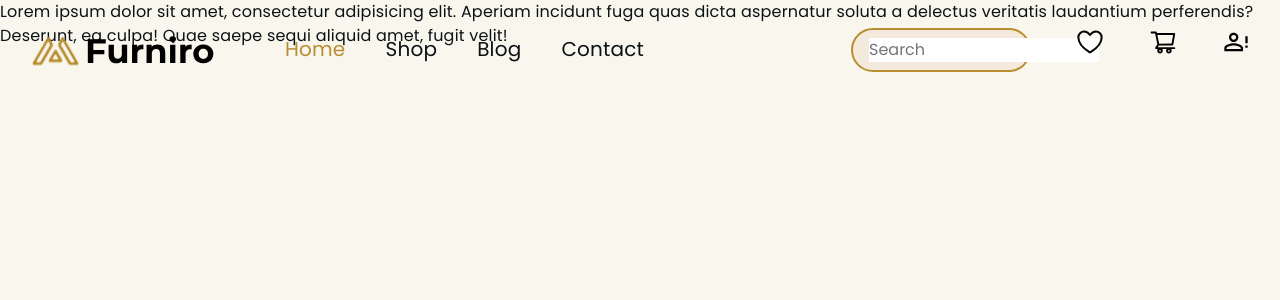
Repository: binhphanbp/furniro-interior_website
Page: index.html
The author's editor kept a copy of each file at every save. The page is drawn from the files as they stood at one save, then again after the next save.
The browser window is 1280 px wide. The pictures show the whole page.

Above is the page before, as saved 2025-02-19 23:58:26.

### index.html
<!DOCTYPE html>
<html lang="en">
  <head>
    <meta charset="UTF-8" />
    <meta name="viewport" content="width=device-width, initial-scale=1.0" />
    <title>Furniro</title>

    <!-- Favicon -->
    <link rel="shortcut icon" href="./icons/favicon.ico" type="image/x-icon" />
    <link rel="icon" href="./icons/favicon.ico" type="image/x-icon" />

    <!-- Link CSS -->
    <link rel="stylesheet" href="./src/assets/styles/main.css" />
  </head>
  <body class="homepage">
    <!-- PROGRESS BAR -->
    <div class="progress-container">
      <div class="progress-bar"></div>
    </div>

    <!-- HEADER -->

    <header class="header">
      <div class="container">
        <nav class="header__menu">
          <a class="header__logo" href="#">
            <img src="./icons/furniro-logo-type.svg" alt="logo-furniro" />
          </a>
          <ul class="header__menu-list">
            <li>
              <a href="#" class="--active">home</a>
            </li>
            <li>
              <a href="./src/pages/shop.html">shop</a>
            </li>
            <li>
              <a href="./src/pages/blog.html">blog</a>
            </li>
            <li>
              <a href="./src/pages/contact.html">contact</a>
            </li>
          </ul>
        </nav>
        <ul class="header__icons">
          <li class="header__icons-searchbar">
            <label for="search-input">
              <img src="./icons/icon-search.svg" alt="icon-search" />
            </label>
            <input type="text" id="search-input" placeholder="Search" />
          </li>
          <li class="header__icons-item">
            <a href="#">
              <img src="./icons/icon-heart.svg" alt="icon-heart" />
            </a>
          </li>
          <li class="header__icons-item">
            <a href="./src/pages/cart.html">
              <img src="./icons/icon-cart.svg" alt="icon-cart"
            /></a>
          </li>
          <li class="header__icons-item">
            <a href="#">
              <img src="./icons/icon-account-alert.svg" alt="icon-account" />
            </a>
          </li>
        </ul>
      </div>
    </header>

    <!-- MAIN -->
    <main class="main">
      <p>
        Lorem ipsum dolor sit amet, consectetur adipisicing elit. Aperiam
        incidunt fuga quas dicta aspernatur soluta a delectus veritatis
        laudantium perferendis? Deserunt, ea culpa! Quae saepe sequi aliquid
        amet, fugit velit!
      </p>
      <!-- Section Hero -->
      <section class="schero">
        <div class="container"></div>
      </section>

      <!-- Section Menu -->
      <section class="scmenu">
        <div class="container"></div>
      </section>

      <!-- Section Services -->
      <section class="scservices">
        <div class="container"></div>
      </section>

      <!-- Section Delivery -->
      <section class="scdelivery">
        <div class="container"></div>
      </section>

      <!-- Section Our Customers -->
      <section class="sccustomers">
        <div class="container"></div>
      </section>

      <!-- Section Our Blog -->
      <section class="scblog">
        <div class="container"></div>
      </section>
    </main>

    <!-- FOOTER -->
    <footer class="footer">
      <div class="container"></div>
    </footer>

    <!-- JavaScript -->
    <script type="module" src="./src/scripts/main.js"></script>
  </body>
</html>

### src/assets/styles/main.css
/* Reset CSS */
@import './base/reset.css';

/* Font */
@import './base/variables.css';
@import './base/fonts.css';

/* Layouts (General Structure) */
@import './base/layouts.css';

/* Components */
@import './components/header.css';
@import './components/footer.css';
@import './components/components.css';

/* Pages */
@import './pages/home.css';
@import './pages/shop.css';
@import './pages/shop-details.css';
@import './pages/cart.css';
@import './pages/checkout.css';
@import './pages/product-comparison.css';
@import './pages/blog.css';
@import './pages/contact.css';

### src/assets/styles/base/reset.css
* {
  margin: 0;
  padding: 0;
  border: 0;
  font-size: 100%;
  font: inherit;
  vertical-align: baseline;
  box-sizing: border-box;
}
body {
  line-height: 1;
}
ol,
ul {
  list-style: none;
}
blockquote,
q {
  quotes: none;
}
blockquote:before,
blockquote:after,
q:before,
q:after {
  content: '';
  content: none;
}
table {
  border-collapse: collapse;
  border-spacing: 0;
}
img,
object,
embed {
  max-width: 100%;
}

a {
  text-decoration: none;
  outline: 0;
}
strong {
  font-family: db;
}
sub {
  vertical-align: sub;
  font-size: smaller;
}
sup {
  vertical-align: super;
  font-size: smaller;
}

### src/assets/styles/base/variables.css
:root {
  /* Page Setting Variables */
  --max-width-page: 2560px;
  --max-width-container-fluid: 1920px;
  --max-width-container: calc(1236px + calc(var(--gap) * 2));

  --gap: 30px;
  --pd-left-right: 20px;

  /* Color Variables */
  --primary-cl: #b88e2f;
  --primary-cl-hover: #d3ac51;
  --secondary-cl: #fff3e3;
  --tertiary-cl: #f3e9dc;

  --white-page-cl: #f9f6ee;
  --black-cl: #0b1215;

  --gray-dark-cl: #898989;
  --gray-light-cl: #9f9f9f;
  --product-hover: #3a3a3a;

  --red-cl: #e97171;
  --green-cl: #2ec1ac;
  --purple-cl: #816dfa;

  /* Font-size, Line-height, Letter-spacing Variables: */
  --fs-h1: 5.6rem;
  --lh-h1: 6.5rem;
  --ls-h1: 2px;

  --fs-h2: 4rem;
  --lh-h2: 4.8rem;
  --ls-h2: 0.25px;

  --fs-h3: 2.4rem;
  --lh-h3: 2.8rem;
  --ls-h3: 0.1px;

  --fs-text-button: 1.6rem;
  --lh-text-button: 2.4rem;
  --ls-text-button: 0.2px;

  --fs-body: 1.6rem;
  --lh-body: 2.4rem;
  --ls-body: 0.2px;

  /* Fonts: */
  --font-body: ppr;
  --font-body-light: ppl;
  --font-body-medium: ppm;
  --font-body-semibold: ppsb;
  --font-body-bold: ppb;

  /* General Variables */
  --height-header: 100px;
  --height-footer: 505px;
  --height-button: 48px;
  --height-button-medium: 64px;
  --height-button-large: 74px;
  --pd-section: 60px;

  /* Timing Transition Variables: */
  --duration: 0.4s;
  --cubic: cubic-bezier(0.59, 0.29, 0.15, 0.93);
}

### src/assets/styles/base/fonts.css
@font-face {
  font-family: 'ppl';
  src: url('../../fonts/Poppins-Light.woff2') format('woff2'),
    url('../../fonts/Poppins-Light.woff') format('woff');
  font-weight: 300;
  font-style: normal;
  font-display: swap;
}

@font-face {
  font-family: 'ppr';
  src: url('../../fonts/Poppins-Regular.woff2') format('woff2'),
    url('../../fonts/Poppins-Regular.woff') format('woff');
  font-weight: normal;
  font-style: normal;
  font-display: swap;
}

@font-face {
  font-family: 'ppm';
  src: url('../../fonts/Poppins-Medium.woff2') format('woff2'),
    url('../../fonts/Poppins-Medium.woff') format('woff');
  font-weight: 500;
  font-style: normal;
  font-display: swap;
}

@font-face {
  font-family: 'ppsb';
  src: url('../../fonts/Poppins-SemiBold.woff2') format('woff2'),
    url('../../fonts/Poppins-SemiBold.woff') format('woff');
  font-weight: 600;
  font-style: normal;
  font-display: swap;
}

@font-face {
  font-family: 'ppb';
  src: url('../../fonts/Poppins-Bold.woff2') format('woff2'),
    url('../../fonts/Poppins-Bold.woff') format('woff');
  font-weight: bold;
  font-style: normal;
  font-display: swap;
}

### src/assets/styles/base/layouts.css
html {
  font-size: 62.5%;

  scroll-behavior: smooth;

  /* CUSTOM SCROLLBAR */
  /* width */
  ::-webkit-scrollbar {
    width: 10px;
  }
  /* Track */
  ::-webkit-scrollbar-track {
    background: var(--gray-light-cl);
  }
  /* Handle */
  ::-webkit-scrollbar-thumb {
    background: var(--primary-cl);
    border-radius: 40px;
  }
  /* Handle on hover */
  ::-webkit-scrollbar-thumb:hover {
    background: var(--gray-dark-cl);
  }

  /* Custom background-color text selection */
  ::-moz-selection {
    color: var(--white-page-cl);
    background: var(--primary-cl);
  }
  ::selection {
    color: var(--white-page-cl);
    background: var(--primary-cl);
  }
}

body {
  background-color: var(--white-page-cl);
  width: 100%;
  max-width: var(--max-width-page);
  margin: auto;

  color: var(--black-cl);
  font-family: var(--font-body);
  font-size: var(--fs-body);
  line-height: var(--lh-body);
  letter-spacing: var(--ls-body);
}

.container-fluid {
  width: 100%;
  max-width: var(--max-width-container-fluid);
  padding-right: var(--gap);
  padding-left: var(--gap);
  margin-right: auto;
  margin-left: auto;
  position: relative;
}

.container {
  width: 100%;
  max-width: var(--max-width-container);
  padding-right: var(--gap);
  padding-left: var(--gap);
  margin-right: auto;
  margin-left: auto;
  position: relative;
}

.main {
  position: relative;
}

section .ptb {
  padding: var(--pd-section) 0;
}
section .pt {
  padding: var(--pd-section);
}
section .pb {
  padding: var(--pd-section);
}

### src/assets/styles/components/header.css
.header {
  position: absolute;
  top: 0;
  z-index: 3;
  width: 100%;
  max-width: var(--max-width-page);
  height: var(--height-header);
}

.header .container {
  display: flex;
  align-items: center;
  justify-content: space-between;
  height: 100%;
}

.header .header__menu {
  display: flex;
  align-items: center;
  gap: 50px;
}

/* Header Menu */
.header .header__menu .header__menu-list {
  display: flex;
}

.header .header__menu .header__menu-list li a {
  padding: 8px var(--pd-left-right);
  text-transform: capitalize;
  font-size: 2rem;
  color: var(--black-cl);
  text-wrap: nowrap;
  cursor: pointer;

  transition: var(--duration);
  -webkit-transition: var(--duration);
  -moz-transition: var(--duration);
  -ms-transition: var(--duration);
  -o-transition: var(--duration);
}
.header .header__menu .header__menu-list li a:hover,
.header .header__menu .header__menu-list li a.--active {
  color: var(--primary-cl);
}

.header .header__menu .header__menu-list li a::after {
  content: '';
  display: block;
  /* width: calc(100% - calc(var(--padding-lf) * 2)); */
  width: 0;
  height: 2px;
  background-color: var(--primary-cl);
  position: absolute;
  bottom: 0;
  left: 50%;
  transform: translateX(-50%);

  transition: var(--duration);
  -webkit-transition: var(--duration);
  -moz-transition: var(--duration);
  -ms-transition: var(--duration);
  -o-transition: var(--duration);
}
.header .header__menu .header__menu-list li a::after:hover,
.header .header__menu .header__menu-list li a::after.--active {
  width: calc(100% - calc(var(--pd-left-right) * 2));
}

/* Header Icons */
.header .header__icons {
  display: flex;
  gap: 45px;
}

.header__icons-searchbar {
  display: flex;
  align-items: center;
  background-color: var(--tertiary-cl);
  border: 2px solid var(--primary-cl);
  border-radius: 100px;
  padding: 8px 16px;
  width: 180px;
  transition: all 0.3s ease-in-out;
}

### src/assets/styles/components/components.css
img {
  max-width: 100%;
  -webkit-user-select: none;
  -moz-user-select: none;
  -ms-user-select: none;
  user-select: none;
  display: block;
  outline: 0;
  object-fit: contain;
}

img .--center {
  margin: 0 auto;
  display: block;
}

.--hidden {
  display: none;
}

.--disable-scroll {
  height: 100vh;
  overflow: hidden;
}

/* Progress Bar */
.progress-container {
  position: fixed;
  top: 0;
  left: 0;
  width: 100%;
  height: 5px;
  background: var(--white-page-cl);
}

.progress-bar {
  height: 100%;
  background: var(--primary-cl);
  width: 0%;

  /* Scroll-driven animation */
  animation: grow linear;
  animation-timeline: scroll();
}

@keyframes grow {
  from {
    width: 0%;
  }
  to {
    width: 100%;
  }
}

/* Heading */
.heading {
  font-family: prb;
  color: var(--black-cl);
  text-transform: uppercase;
}
.heading .--h1 {
  font-size: var(--fs-h1);
  line-height: var(--lh-h1);
  letter-spacing: var(--ls-h1);
}
.heading .--h2 {
  font-size: var(--fs-h2);
  line-height: var(--lh-h2);
  letter-spacing: var(--ls-h2);
}
.heading .--h3 {
  font-size: var(--fs-h3);
  line-height: var(--lh-h3);
  letter-spacing: var(--ls-h3);
}
.heading .--primary-cl {
  color: var(--primary-cl);
}
.heading .--gray-light-cl {
  color: var(--gray-light-cl);
}

.textbutton {
  font-family: var(--font-body-semibold);
  font-size: var(--fs-text-button);
  line-height: var(--lh-text-button);
  letter-spacing: var(--ls-text-button);
}
/* Textbox */
.textbox .--align-center {
  text-align: center;
}

.textbox .desc {
  margin-top: 10px;
  color: var(--gray-dark-cl);
}

/* BUTTON */
.btn {
  display: inline-flex;
  align-items: center;
  justify-content: center;
  gap: 10px;
  padding: 0 36px;

  height: var(--height-button);
  font-family: var(--font-body-semibold);
  border: var(--primary-cl) solid 1px;
  background-color: var(--primary-cl);
  color: var(--white-page-cl);

  white-space: nowrap;
  cursor: pointer;
  transition: var(--duration);
  -webkit-transition: var(--duration);
  -moz-transition: var(--duration);
  -ms-transition: var(--duration);
  -o-transition: var(--duration);
}
.btn:hover {
  border: var(--white-page-cl) solid 1px;
  background-color: var(--primary-cl);
  color: var(--primary-cl);
}

.btn .--large {
  height: var(--height-button-large);
  padding: 0 72px;

  font-family: var(--font-body-bold);
  text-transform: uppercase;
}

.btn .--stroke {
  height: 48px;
  padding: 0 78px;
  background-color: transparent;
  color: var(--primary-cl);
  stroke: 1px solid var(--primary-cl);
}
.btn .--stroke:hover {
  background-color: var(--primary-cl);
  color: var(--white-page-cl);
}

.btn .--stroke-black {
  height: 48px;
  padding: 0 48px;
  background-color: transparent;
  color: var(--black-cl);
  stroke: 1px solid var(--black-cl);
}
.btn .--stroke-black:hover {
  background-color: var(--black-cl);
  color: var(--white-page-cl);
}

/* Button Pagination */
.btn-pagination {
  height: 60px;
  padding: 0 27px;

  background-color: var(--secondary-cl);
  color: var(--black-cl);
}
.btn-pagination:hover {
  background-color: var(--primary-cl-hover);
  color: var(--white-page-cl);
}
.btn-pagination .--active {
  background-color: var(--primary-cl);
  color: var(--white-page-cl);
}

Loaded but not shown: src/scripts/main.js (no stored copy; drawn as an empty file); src/assets/styles/components/footer.css (no stored copy; drawn as an empty file); src/assets/styles/pages/home.css (no stored copy; drawn as an empty file); src/assets/styles/pages/shop.css (no stored copy; drawn as an empty file); src/assets/styles/pages/shop-details.css (no stored copy; drawn as an empty file); src/assets/styles/pages/cart.css (no stored copy; drawn as an empty file); src/assets/styles/pages/checkout.css (no stored copy; drawn as an empty file); src/assets/styles/pages/product-comparison.css (no stored copy; drawn as an empty file); src/assets/styles/pages/blog.css (no stored copy; drawn as an empty file); src/assets/styles/pages/contact.css (no stored copy; drawn as an empty file)

After the next save:
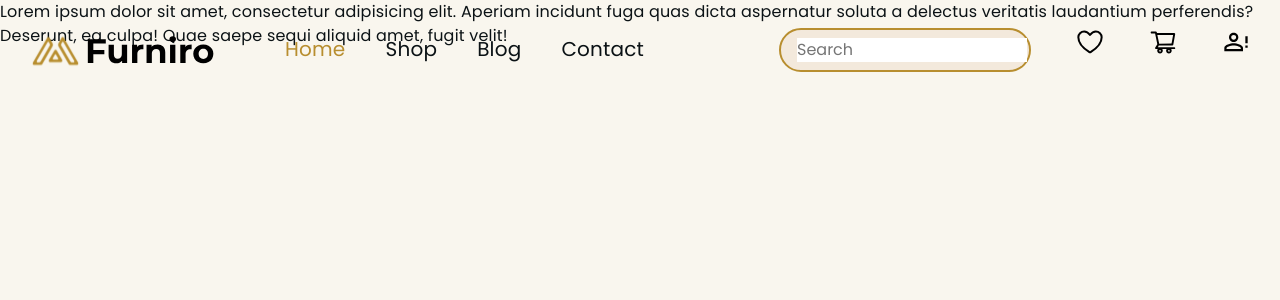
Saved 18 s later.
--- a/src/assets/styles/components/header.css
+++ b/src/assets/styles/components/header.css
@@ -80,6 +80,6 @@
   border: 2px solid var(--primary-cl);
   border-radius: 100px;
   padding: 8px 16px;
-  width: 180px;
+  width: 252px;
   transition: all 0.3s ease-in-out;
 }
